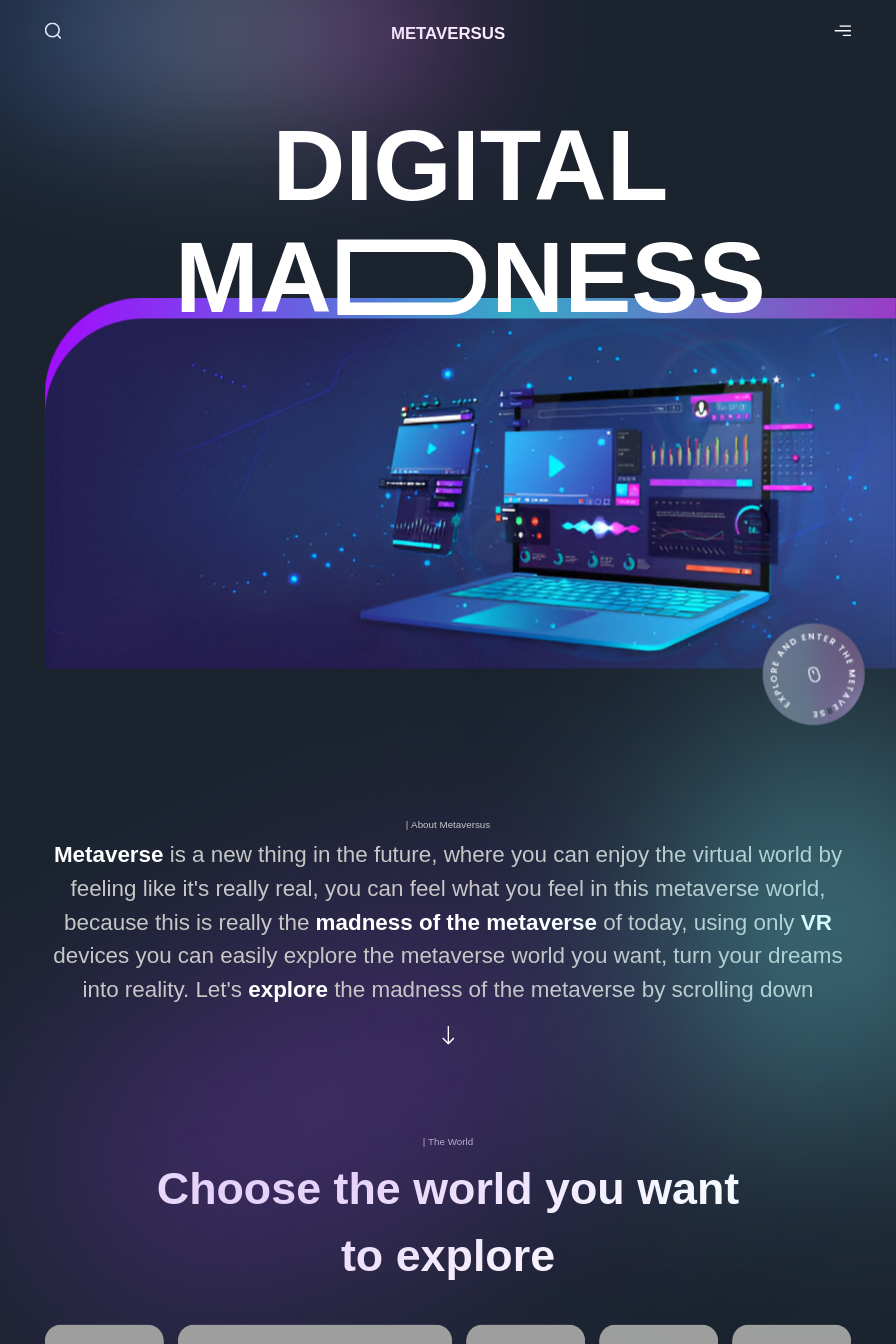
Repository: Shanuga123/metaversus
Page: /
These files come from the project's save history. The page is drawn as it stood at one moment and after the next save; the edit follows.
The browser window is 1280 px wide. The pictures show the part of the page from y = 0 to 1920 px (the page is 7254 px tall), at 70% of full size.
Pictures or frames that could not be fetched are drawn as grey boxes. Some web fonts or font styles are not loaded; a fallback is used. The project was rebuilt for these pictures with package versions that can differ from the ones it lists, and the page was loaded fresh each time. The framework's server and built-in components were replaced by stand-ins that run in the browser. Also part of the build but not shown: next.config.js.

Above is the page before, as saved 2024-08-05 19:24:49.

### components/Navbar.jsx
'use client';

import { motion } from 'framer-motion';

import styles from '../styles';
import { navVariants } from '../utils/motion';

const Navbar = () => (
  <motion.nav
    variants={navVariants}
    initial="hidden"
    whileInView="show"
    className={`${styles.xPaddings} py-8 relative`}
  >
    <div className="absolute w-[50%] inset-0 gradient-01" />
    <div
      className={`${styles.innerWidth} mx-auto flex justify-between gap-8`}
    >
      <img
        src="/search.svg"
        alt="search"
        className="w-[24px] h-[24px] object-contain"
      />
      <h2 className="font-extrabold text-[24px] leading-[30.24px] text-white">
        METAVERSUS
      </h2>
      <img
        src="/menu.svg"
        alt="menu"
        className="w-[24px] h-[24px] object-contain"
      />
    </div>
  </motion.nav>
);

export default Navbar;

### components/CustomTexts.jsx
'use client';

import { motion } from 'framer-motion';
import { textContainer, textVariant2 } from '../utils/motion';

export const TypingText = ({ title, textStyles }) => (
  <motion.p
    variants={textContainer}
    className={`font-normal text-[14px] text-secondary-white ${textStyles}`}
  >
    {Array.from(title).map((letter, index) => (
      <motion.span variants={textVariant2} key={index}>
        {letter === ' ' ? '\u00A0' : letter}
      </motion.span>
    ))}
  </motion.p>
);

export const TitleText = ({ title, textStyles }) => (
  <motion.h2
    variants={textVariant2}
    initial="hidden"
    whileInView="show"
    className={`mt-[8px] font-bold md:text-[64px] text-[40px] text-white ${textStyles}`}
  >
    {title}
  </motion.h2>
);

### components/ExploreCard.jsx
'use client';

import { motion } from 'framer-motion';

import styles from '../styles';
import { fadeIn } from '../utils/motion';

const ExploreCard = ({ id, imgUrl, title, index, active, handleClick }) => (
  <motion.div
    variants={fadeIn('right', 'spring', index * 0.5, 0.75)}
    className={`relative ${
      active === id ? 'lg:flex-[3.5] flex-[10]' : 'lg:flex-[0.5] flex-[2]'
    } flex items-center justify-center min-w-[170px] h-[700px] transition-[flex] duration-[0.7s] ease-out-flex cursor-pointer`}
    onClick={() => handleClick(id)}
  >
    <img
      src={imgUrl}
      alt="planet-04"
      className="absolute w-full h-full object-cover rounded-[24px]"
    />
    {active !== id ? (
      <h3 className="font-semibold sm:text-[26px] text-[18px] text-white absolute z-0 lg:bottom-20 lg:rotate-[-90deg] lg:origin-[0,0]">
        {title}
      </h3>
    ) : (
      <div className="absolute bottom-0 p-8 flex justify-start w-full flex-col bg-[rgba(0,0,0,0.5)] rounded-b-[24px]">
        <div
          className={`${styles.flexCenter} w-[60px] h-[60px] rounded-[24px] glassmorphism mb-[16px]`}
        >
          <img
            src="/headset.svg"
            alt="headset"
            className="w-1/2 h-1/2 object-contain"
          />
        </div>
        <p className="font-normal text-[16px] leading-[20.16px] text-white uppercase">
          Enter Metaverse
        </p>
        <h2 className="mt-[24px] font-semibold sm:text-[32px] text-[24px] text-white">
          {title}
        </h2>
      </div>
    )}
  </motion.div>
);

export default ExploreCard;

### components/InsightCard.jsx
'use client';

import { motion } from 'framer-motion';

import { fadeIn } from '../utils/motion';

const InsightCard = ({ imgUrl, title, subtitle, index }) => (
  <motion.div
    variants={fadeIn('up', 'spring', index * 0.5, 1)}
    className="flex md:flex-row flex-col gap-4"
  >
    <img
      src={imgUrl}
      alt="planet-01"
      className="md:w-[270px] w-full h-[250px] rounded-[32px] object-cover"
    />
    <div className="w-full flex justify-between items-center">
      <div className="flex-1 md:ml-[62px] flex flex-col max-w-[650px]">
        <h4 className="font-normal lg:text-[42px] text-[26px] text-white">
          {title}
        </h4>
        <p className="mt-[16px] font-normal lg:text-[20px] text-[14px] text-secondary-white">
          {subtitle}
        </p>
      </div>

      <div
        className="lg:flex hidden items-center justify-center w-[100px] h-[100px] rounded-full bg-transparent border-[1px] border-white"
      >
        <img
          src="/arrow.svg"
          alt="arrow"
          className="w-[40%] h-[40%] object-contain"
        />
      </div>
    </div>
  </motion.div>
);

export default InsightCard;

### components/Footer.jsx
'use client';

import { motion } from 'framer-motion';
import { socials } from '../constants';

import styles from '../styles';
import { footerVariants } from '../utils/motion';

const Footer = () => (
  <motion.footer
    variants={footerVariants}
    initial="hidden"
    whileInView="show"
    className={`${styles.xPaddings} py-8 relative`}
  >
    <div className="footer-gradient" />
    <div className={`${styles.innerWidth} mx-auto flex flex-col gap-8`}>
      <div className="flex items-center justify-between flex-wrap gap-5">
        <h4 className="font-bold md:text-[64px] text-[44px] text-white">
          Enter the Metaverse
        </h4>
        <button type="button" className="flex items-center h-fit py-4 px-6 bg-[#25618B] rounded-[32px] gap-[12px]">
          <img
            src="/headset.svg"
            alt="headset"
            className="w-[24px] h-[24px] object-contain"
          />
          <span className="font-normal text-[16px] text-white">
            Enter Metaverse
          </span>
        </button>
      </div>

      <div className="flex flex-col">
        <div className="mb-[50px] h-[2px] bg-white opacity-10" />

        <div className="flex items-center justify-between flex-wrap gap-4">
          <h4 className="font-extrabold text-[24px] text-white">
            METAVERUS
          </h4>
          <p className="font-normal text-[14px] text-white opacity-50">
            Copyright © 2021 - 2022 Metaversus. All rights reserved.
          </p>

          <div className="flex gap-4">
            {socials.map((social) => (
              <img
                key={social.name}
                src={social.url}
                alt={social.name}
                className="w-[24px] h-[24px] object-contain cursor-pointer"
              />
            ))}
          </div>
        </div>
      </div>
    </div>
  </motion.footer>
);

export default Footer;

### sections/Hero.jsx
'use client';

import { motion } from 'framer-motion';

import styles from '../styles';
import { slideIn, staggerContainer, textVariant } from '../utils/motion';

const Hero = () => (
  <section className={`${styles.yPaddings} sm:pl-16 pl-6`}>
    <motion.div
      variants={staggerContainer}
      initial="hidden"
      whileInView="show"
      viewport={{ once: false, amount: 0.25 }}
      className={`${styles.innerWidth} mx-auto flex flex-col`}
    >
      <div className="flex justify-center items-center flex-col relative z-10">
        <motion.h1 variants={textVariant(1.1)} className={styles.heroHeading}>
          Digital
        </motion.h1>
        <motion.div
          variants={textVariant(1.2)}
          className="flex flex-row justify-center items-center"
        >
          <h1 className={styles.heroHeading}>Ma</h1>
          <div className={styles.heroDText} />
          <h1 className={styles.heroHeading}>Ness</h1>
        </motion.div>
      </div>

      <motion.div
        variants={slideIn('right', 'tween', 0.2, 1)}
        className="relative w-full md:-mt-[20px] -mt-[12px]"
      >
        <div className="absolute w-full h-[300px] hero-gradient rounded-tl-[140px] z-[0] -top-[30px]" />

        <img
          src="/cover1.jpg"
          alt="hero_cover"
          className="w-full sm:h-[500px] h-[350px] object-cover rounded-tl-[140px] z-10 relative"
        />

        <a href="#explore">
          <div className="w-full flex justify-end sm:-mt-[70px] -mt-[50px] pr-[40px] relative z-10">
            <img
              src="/stamp.png"
              alt="stamp"
              className="sm:w-[155px] w-[100px] sm:h-[155px] h-[100px] object-contain"
            />
          </div>
        </a>
      </motion.div>
    </motion.div>
  </section>
);

export default Hero;

### sections/About.jsx
'use client';

import { motion } from 'framer-motion';
import { TypingText } from '../components';

import styles from '../styles';
import { fadeIn, staggerContainer } from '../utils/motion';

const About = () => (
  <section className={`${styles.paddings} relative z-10`}>
    <div className="gradient-02 z-0" />
    <motion.div
      variants={staggerContainer}
      initial="hidden"
      whileInView="show"
      viewport={{ once: false, amount: 0.25 }}
      className={`${styles.innerWidth} mx-auto ${styles.flexCenter} flex-col`}
    >
      <TypingText title="| About Metaversus" textStyles="text-center" />

      <motion.p
        variants={fadeIn('up', 'tween', 0.2, 1)}
        className="mt-[8px] font-normal sm:text-[32px] text-[20px] text-center text-secondary-white"
      >
        <span className="font-extrabold text-white">Metaverse</span> is a new
        thing in the future, where you can enjoy the virtual world by feeling
        like it's really real, you can feel what you feel in this metaverse
        world, because this is really the{' '}
        <span className="font-extrabold text-white">
          madness of the metaverse
        </span>{' '}
        of today, using only{' '}
        <span className="font-extrabold text-white">VR</span> devices you can
        easily explore the metaverse world you want, turn your dreams into
        reality. Let's{' '}
        <span className="font-extrabold text-white">explore</span> the madness
        of the metaverse by scrolling down
      </motion.p>

      <motion.img
        variants={fadeIn('up', 'tween', 0.3, 1)}
        src="/arrow-down.svg"
        alt="arrow down"
        className="w-[18px] h-[28px] object-contain mt-[28px]"
      />
    </motion.div>
  </section>
);

export default About;

### sections/Explore.jsx
'use client';

import { useState } from 'react';
import { motion } from 'framer-motion';

import styles from '../styles';
import { exploreWorlds } from '../constants';
import { staggerContainer } from '../utils/motion';
import { ExploreCard, TitleText, TypingText } from '../components';

const Explore = () => {
  const [active, setActive] = useState('world-2');

  return (
    <section className={`${styles.paddings}`} id="explore">
      <motion.div
        variants={staggerContainer}
        initial="hidden"
        whileInView="show"
        viewport={{ once: false, amount: 0.25 }}
        className={`${styles.innerWidth} mx-auto flex flex-col`}
      >
        <TypingText title="| The World" textStyles="text-center" />
        <TitleText
          title={<>Choose the world you want <br className="md:block hidden" /> to explore</>}
          textStyles="text-center"
        />
        <div className="mt-[50px] flex lg:flex-row flex-col min-h-[70vh] gap-5">
          {exploreWorlds.map((world, index) => (
            <ExploreCard
              key={world.id}
              {...world}
              index={index}
              active={active}
              handleClick={setActive}
            />
          ))}
        </div>
      </motion.div>
    </section>
  );
};

export default Explore;

### sections/GetStarted.jsx
'use client';

import { motion } from 'framer-motion';

import styles from '../styles';
import { startingFeatures } from '../constants';
import { StartSteps, TitleText, TypingText } from '../components';
import { staggerContainer, fadeIn, planetVariants } from '../utils/motion';

const GetStarted = () => (
  <section className={`${styles.paddings} relative z-10`}>
    <motion.div
      variants={staggerContainer}
      initial="hidden"
      whileInView="show"
      viewport={{ once: false, amount: 0.25 }}
      className={`${styles.innerWidth} mx-auto flex lg:flex-row flex-col gap-8`}
    >
      <motion.div
        variants={planetVariants('left')}
        className={`flex-1 ${styles.flexCenter}`}
      >
        <img
          src="/get-started.png"
          alt="get-started"
          className="w-[90%] h-[90%] object-contain"
        />
      </motion.div>
      <motion.div
        variants={fadeIn('left', 'tween', 0.2, 1)}
        className="flex-[0.75] flex justify-center flex-col"
      >
        <TypingText title="| How Metaversus Works" />
        <TitleText title={<>Get started with just a few clicks</>} />
        <div className="mt-[31px] flex flex-col max-w-[370px] gap-[24px]">
          {startingFeatures.map((feature, index) => (
            <StartSteps
              key={feature}
              number={`${index < 10 ? '0' : ''} ${index + 1}`}
              text={feature}
            />
          ))}
        </div>
      </motion.div>
    </motion.div>
  </section>
);

export default GetStarted;

### sections/WhatsNew.jsx
'use client';

import { motion } from 'framer-motion';

import styles from '../styles';
import { newFeatures } from '../constants';
import { NewFeatures, TitleText, TypingText } from '../components';
import { planetVariants, staggerContainer, fadeIn } from '../utils/motion';

const WhatsNew = () => (
  <section className={`${styles.paddings} relative z-10`}>
    <motion.div
      variants={staggerContainer}
      initial="hidden"
      whileInView="show"
      viewport={{ once: false, amount: 0.25 }}
      className={`${styles.innerWidth} mx-auto flex lg:flex-row flex-col gap-8`}
    >
      <motion.div
        variants={fadeIn('right', 'tween', 0.2, 1)}
        className="flex-[0.95] flex justify-center flex-col"
      >
        <TypingText title="| Whats new?" />
        <TitleText title={<>What's new about Metaversus?</>} />
        <div className="mt-[48px] flex flex-wrap justify-between gap-[24px]">
          {newFeatures.map((feature) => (
            <NewFeatures key={feature.title} {...feature} />
          ))}
        </div>
      </motion.div>

      <motion.div
        variants={planetVariants('right')}
        className={`flex-1 ${styles.flexCenter}`}
      >
        <img
          src="/whats-new.png"
          alt="get-started"
          className="w-[90%] h-[90%] object-contain"
        />
      </motion.div>
    </motion.div>
  </section>
);

export default WhatsNew;

### sections/World.jsx
'use client';

import { motion } from 'framer-motion';

import styles from '../styles';
import { TitleText, TypingText } from '../components';
import { fadeIn, staggerContainer } from '../utils/motion';

const World = () => (
  <section className={`${styles.paddings} relative z-10`}>
    <motion.div
      variants={staggerContainer}
      initial="hidden"
      whileInView="show"
      viewport={{ once: false, amount: 0.25 }}
      className={`${styles.innerWidth} mx-auto flex flex-col`}
    >

      <TypingText title="| People on the World" textStyles="text-center" />
      <TitleText
        title={(
          <>Track friends around you and invite them to play together in the same
            world
          </>
        )}
        textStyles="text-center"
      />

      <motion.div
        variants={fadeIn('up', 'tween', 0.3, 1)}
        className="relative mt-[68px] flex w-full h-[550px]"
      >
        <img src="/map.png" alt="map" className="w-full h-full object-cover" />

        <div className="absolute bottom-20 right-20 w-[70px] h-[70px] p-[6px] rounded-full bg-[#5D6680]">
          <img src="people-01.png" alt="people" className="w-full h-full" />
        </div>

        <div className="absolute top-10 left-20 w-[70px] h-[70px] p-[6px] rounded-full bg-[#5D6680]">
          <img src="/people-02.png" alt="people" className="w-full h-full" />
        </div>

        <div className="absolute top-1/2 left-[45%] w-[70px] h-[70px] p-[6px] rounded-full bg-[#5D6680]">
          <img src="people-03.png" alt="people" className="w-full h-full" />
        </div>
      </motion.div>
    </motion.div>
  </section>
);

export default World;

### sections/Insights.jsx
'use client';

import { motion } from 'framer-motion';

import styles from '../styles';
import { insights } from '../constants';
import { staggerContainer } from '../utils/motion';
import { InsightCard, TitleText, TypingText } from '../components';

const Insights = () => (
  <section className={`${styles.paddings} relative z-10`}>
    <motion.div
      variants={staggerContainer}
      initial="hidden"
      whileInView="show"
      viewport={{ once: false, amount: 0.25 }}
      className={`${styles.innerWidth} mx-auto flex flex-col`}
    >
      <TypingText title="| Insight" textStyles="text-center" />
      <TitleText title={<>Insight about metaverse</>} textStyles="text-center" />
      <div className="mt-[50px] flex flex-col gap-[30px]">
        {insights.map((item, index) => (
          <InsightCard key={`insight-${index}`} {...item} index={index + 1} />
        ))}
      </div>
    </motion.div>
  </section>
);

export default Insights;

### sections/Feedback.jsx
'use client';

import { motion } from 'framer-motion';

import styles from '../styles';
import { fadeIn, staggerContainer, zoomIn } from '../utils/motion';

const Feedback = () => (
  <section className={`${styles.paddings}`}>
    <motion.div
      variants={staggerContainer}
      initial="hidden"
      whileInView="show"
      viewport={{ once: false, amount: 0.25 }}
      className={`${styles.innerWidth} mx-auto flex lg:flex-row flex-col gap-6`}
    >
      <motion.div
        variants={fadeIn('right', 'tween', 0.2, 1)}
        className="flex-[0.5] lg:max-w-[370px] flex justify-end flex-col gradient-05 sm:p-8 p-4 rounded-[32px] border-[1px] border-[#6A6A6A] relative"
      >
        <div className="feedback-gradient" />
        <div>
          <h4 className="font-bold sm:text-[32px] text-[26px] sm:leading-[40.32px] leading-[36.32px] text-white">
            Samantha
          </h4>
          <p className="mt-[8px] font-normal sm:text-[18px] text-[12px] sm:leading-[22.68px] leading-[16.68px] text-white">
            Founder Metaverus
          </p>
        </div>

        <p className="mt-[24px] font-normal sm:text-[24px] text-[18px] sm:leading-[45.6px] leading-[39.6px] text-white">
          “With the development of today's technology, metaverse is very
          useful for today's work, or can be called web 3.0. by using
          metaverse you can use it as anything”
        </p>
      </motion.div>

      <motion.div
        variants={fadeIn('left', 'tween', 0.2, 1)}
        className="relative flex-1 flex justify-center items-center"
      >
        <img
          src="/planet-09.png"
          alt="planet-09"
          className="w-full lg:h-[610px] h-auto min-h-[210px] object-cover rounded-[40px]"
        />

        <motion.div
          variants={zoomIn(0.4, 1)}
          className="lg:block hidden absolute -left-[10%] top-[3%]"
        >
          <img
            src="/stamp.png"
            alt="stamp"
            className="w-[155px] h-[155px] object-contain"
          />
        </motion.div>
      </motion.div>
    </motion.div>
  </section>
);

export default Feedback;

### styles/index.js
const styles = {
  innerWidth: '2xl:max-w-[1280px] w-full',
  interWidth: 'lg:w-[80%] w-[100%]',

  paddings: 'sm:p-16 xs:p-8 px-6 py-12',
  yPaddings: 'sm:py-16 xs:py-8 py-12',
  xPaddings: 'sm:px-16 px-6',
  topPaddings: 'sm:pt-16 xs:pt-8 pt-12',
  bottomPaddings: 'sm:pb-16 xs:pb-8 pb-12',

  flexCenter: 'flex justify-center items-center',
  flexStart: 'flex justify-start items-start',
  flexEnd: 'flex justify-end',
  navPadding: 'pt-[98px]',

  // hero section
  heroHeading:
      'font-bold lg:text-[144px] md:text-[100px] sm:text-[60px] text-[44px] lg:leading-[158.4px] md:leading-[114.4px] sm:leading-[74.4px] leading-[64.4px] uppercase text-white',
  heroDText:
      'md:w-[212px] sm:w-[80px] w-[60px] md:h-[108px] sm:h-[48px] h-[38px] md:border-[18px] border-[9px] rounded-r-[50px] border-white sm:mx-2 mx-[6px]',
};

export default styles;

### constants/index.js
export const exploreWorlds = [
  {
    id: 'world-1',
    imgUrl: '/planet-01.png',
    title: 'The Hogwarts',
  },
  {
    id: 'world-2',
    imgUrl: '/planet-02.png',
    title: 'The Upside Down',
  },
  {
    id: 'world-3',
    imgUrl: '/planet-03.png',
    title: 'Kadirojo Permai',
  },
  {
    id: 'world-4',
    imgUrl: '/planet-04.png',
    title: 'Paradise Island',
  },
  {
    id: 'world-5',
    imgUrl: '/planet-05.png',
    title: 'Hawkins Labs',
  },
];

export const startingFeatures = [
  'Find a world that suits you and you want to enter',
  'Enter the world by reading basmalah to be safe',
  'No need to beat around the bush, just stay on the gas and have fun',
];

export const newFeatures = [
  {
    imgUrl: '/vrpano.svg',
    title: 'A new world',
    subtitle:
        'we have the latest update with new world for you to try never mind',
  },
  {
    imgUrl: '/headset.svg',
    title: 'More realistic',
    subtitle:
        'In the latest update, your eyes are narrow, making the world more realistic than ever',
  },
];

export const insights = [
  {
    imgUrl: '/planet-06.png',
    title: 'The launch of the Metaverse makes Elon musk ketar-ketir',
    subtitle:
        'Magna etiam tempor orci eu lobortis elementum nibh tellus molestie. Diam maecenas sed enim ut sem viverra alique.',
  },
  {
    imgUrl: '/planet-07.png',
    title: '7 tips to easily master the madness of the Metaverse',
    subtitle:
        'Vitae congue eu consequat ac felis donec. Et magnis dis parturient montes nascetur ridiculus mus. Convallis tellus id interdum',
  },
  {
    imgUrl: '/planet-08.png',
    title: 'With one platform you can explore the whole world virtually',
    subtitle:
        'Quam quisque id diam vel quam elementum. Viverra nam libero justo laoreet sit amet cursus sit. Mauris in aliquam sem',
  },
];

export const socials = [
  {
    name: 'twitter',
    url: '/twitter.svg',
  },
  {
    name: 'linkedin',
    url: '/linkedin.svg',
  },
  {
    name: 'instagram',
    url: '/instagram.svg',
  },
  {
    name: 'facebook',
    url: '/facebook.svg',
  },
];

Loaded but not shown: app/layout.js (common file); app/page.js (common file); styles/globals.css (common file); components/index.js (common file); sections/index.js (common file); components/StartSteps.jsx (common file); components/NewFeatures.jsx (common file); tailwind.config.js (common file); utils/motion.js (161 lines, source omitted)

After the next save:
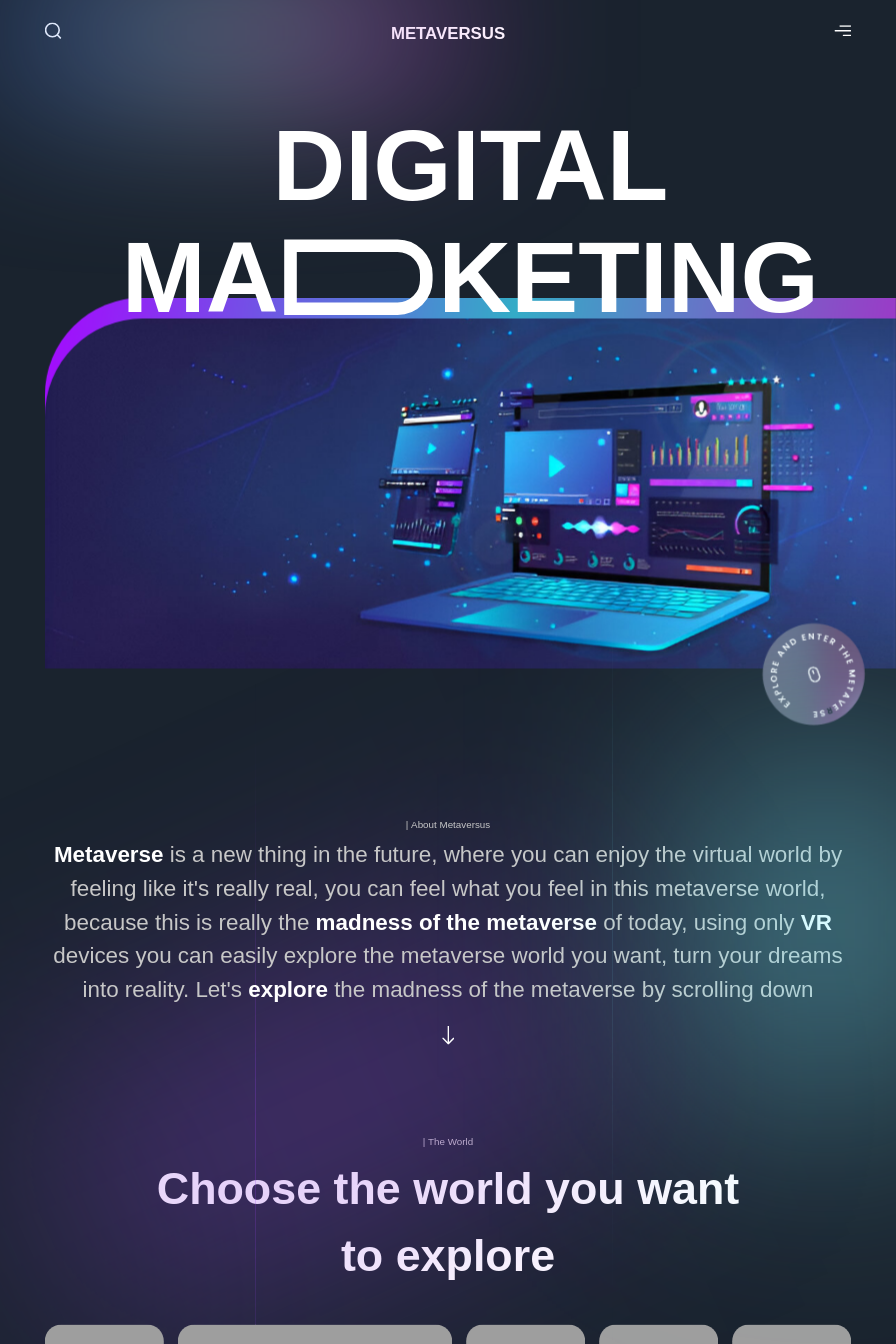
Saved 13 s later.
--- a/sections/Hero.jsx
+++ b/sections/Hero.jsx
@@ -24,7 +24,7 @@ const Hero = () => (
         >
           <h1 className={styles.heroHeading}>Ma</h1>
           <div className={styles.heroDText} />
-          <h1 className={styles.heroHeading}>Ness</h1>
+          <h1 className={styles.heroHeading}>Keting</h1>
         </motion.div>
       </div>
 
